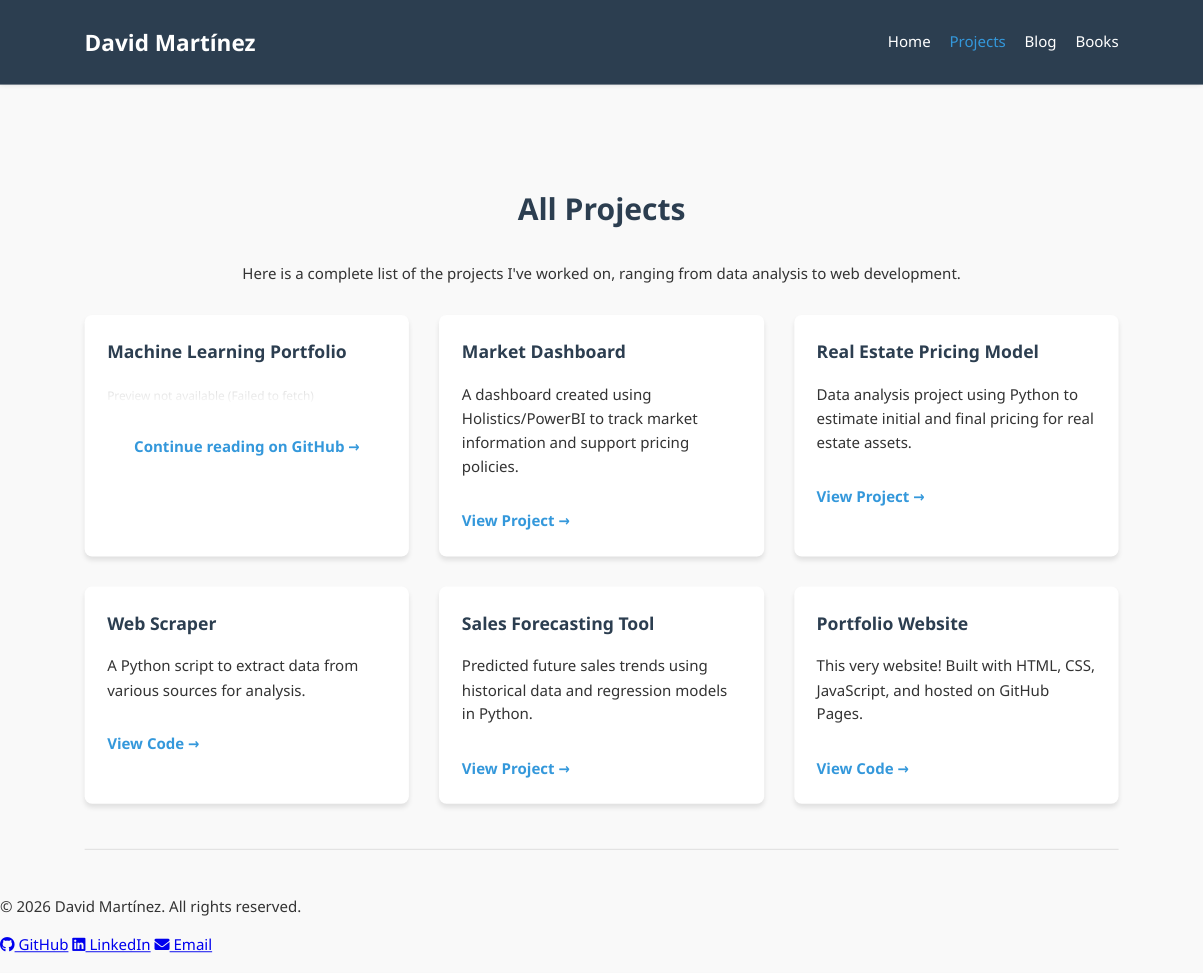
Repository: davidsmv/davidsmv.github.io
Page: projects.html
An editor plug-in stored every save of this project. The page is shown before and after the next save, followed by the edit.
The browser window is 1280 px wide. The pictures show the whole page, at 94% of full size.
The page's requests for data from a server got no answer.

Above is the page before, as saved 2026-01-19 17:29:07.

After the next save:
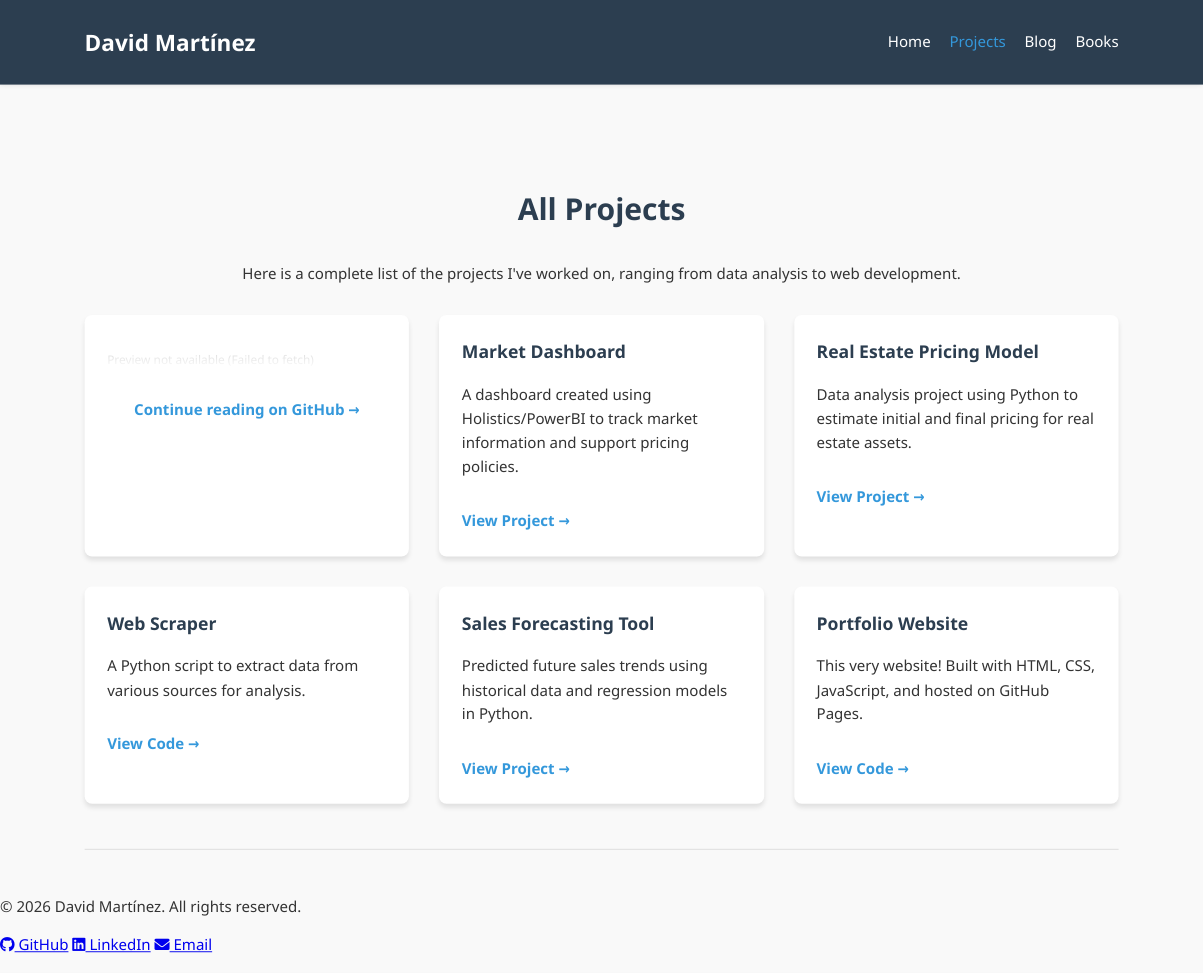
Saved 8 s later.
--- a/data/projects.js
+++ b/data/projects.js
@@ -1,6 +1,7 @@
 const projectsData = [
     {
         title: "Machine Learning Portfolio",
+        hideTitle: true,
         description: "A comprehensive collection of my Machine Learning projects and experiments.",
         link: "https://github.com/davidsmv/MachineLearningPortfolio",
         linkText: "View Repository",
